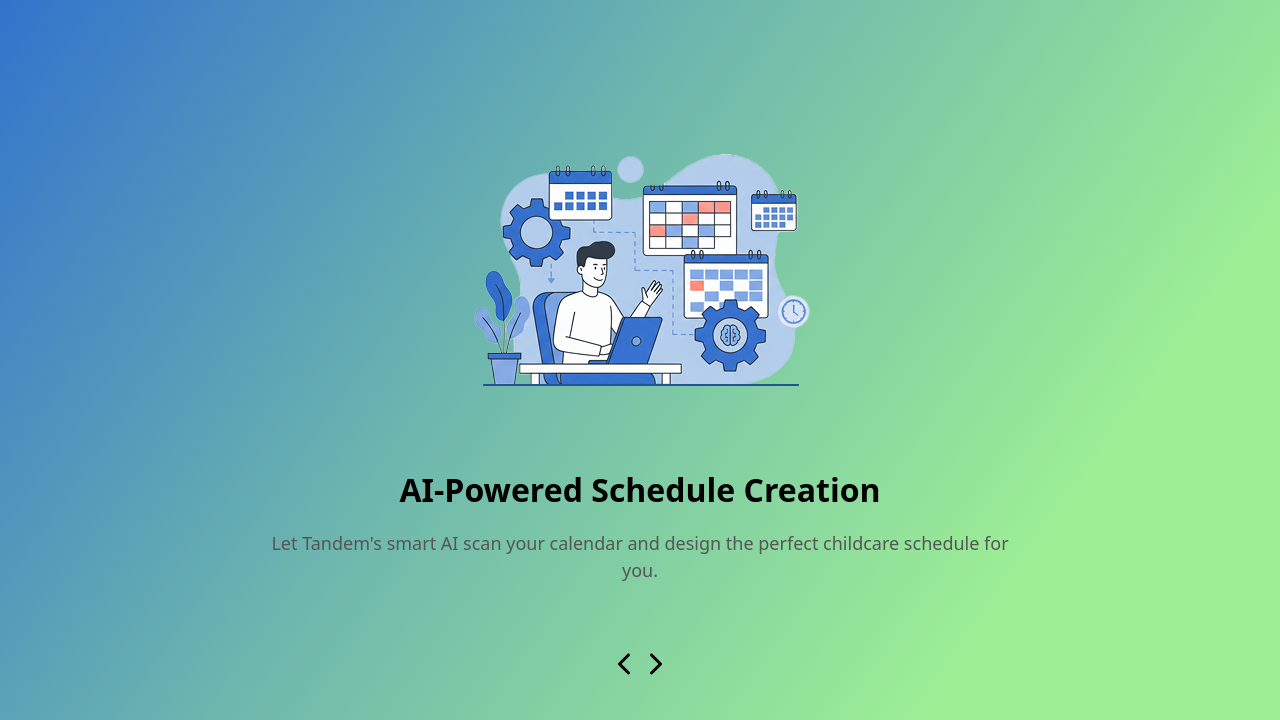
Repository: IDSP-TRADECARE/Tandem
Page: /boarding/features
The author's editor kept a copy of each file at every save. The page is drawn from the files as they stood at one save, then again after a run of saves.
The browser window is 1280 px wide. The pictures show the whole page.
The page's requests for data from a server got no answer. Some web fonts or font styles are not loaded; a fallback is used. The project was rebuilt for these pictures with package versions that can differ from the ones it lists, and the page was loaded fresh each time. Some packages were replaced by stand-ins written for this rebuild. The framework's server and built-in components were replaced by stand-ins that run in the browser. No one was signed in, and anything a server would have sent is missing. Also part of the build but not shown: next.config.ts, src/app/components/auth/AuthGuard.tsx.

Above is the page before, as saved 2025-11-22 21:39:20.

After the next 3 saves:
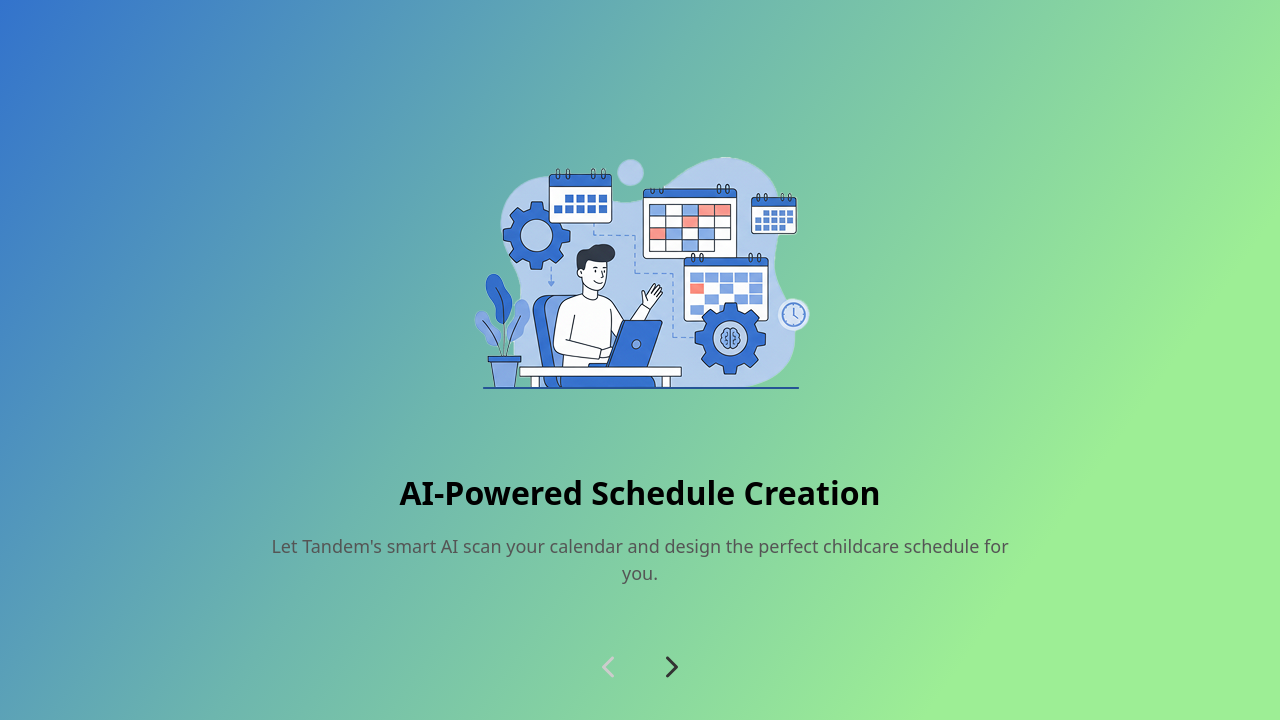
The 3 saves are shown as one change because they came seconds apart.
The last was saved 11 s later.
--- a/src/app/boarding/features/features.module.css
+++ b/src/app/boarding/features/features.module.css
@@ -23,3 +23,19 @@
     justify-content: center;
     margin: 1.5rem 0;
 }
+.navigation {
+    display: flex;
+    align-items: center;
+    gap: 2rem;
+}
+.navigation button {
+    background: none;
+    border: none;
+    font-size: 2rem;
+    cursor: pointer;
+    color: #333;
+}
+.navigation button:disabled {
+    color: #ccc;
+    cursor: not-allowed;
+}
